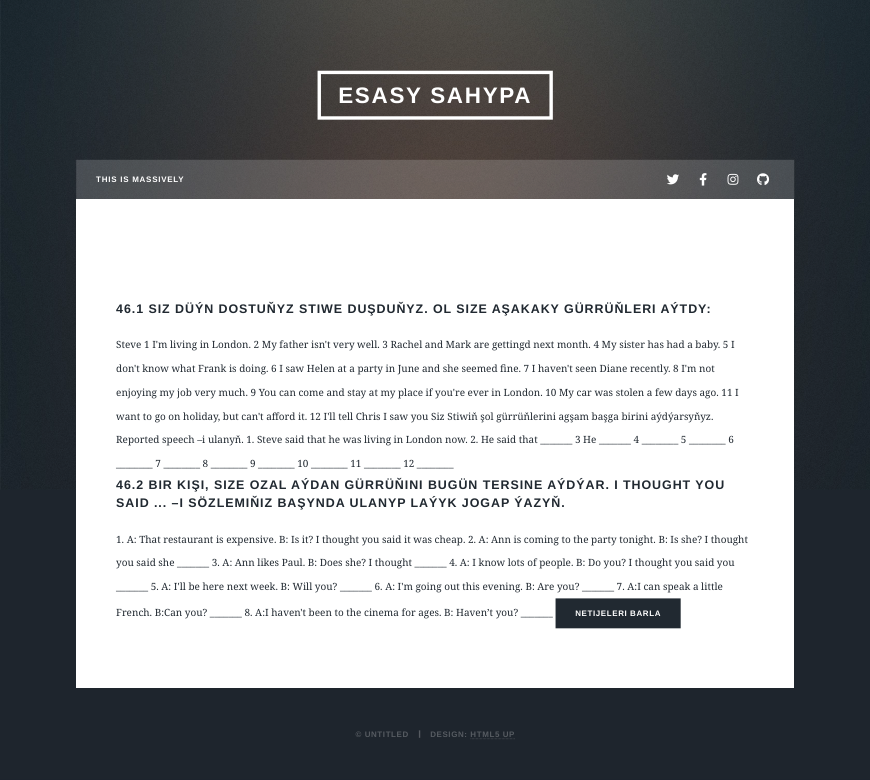
Repository: Sahet-dev/English-grammar-app
Page: test/test_unit _46.html
These files come from the project's save history. The page is drawn as it stood at one moment and after the next save; the edit follows.
The browser window is 1280 px wide. The pictures show the whole page, at 68% of full size.
Some web fonts or font styles are not loaded; a fallback is used.

Above is the page before, as saved 2022-06-24 17:37:32.

After the next save:
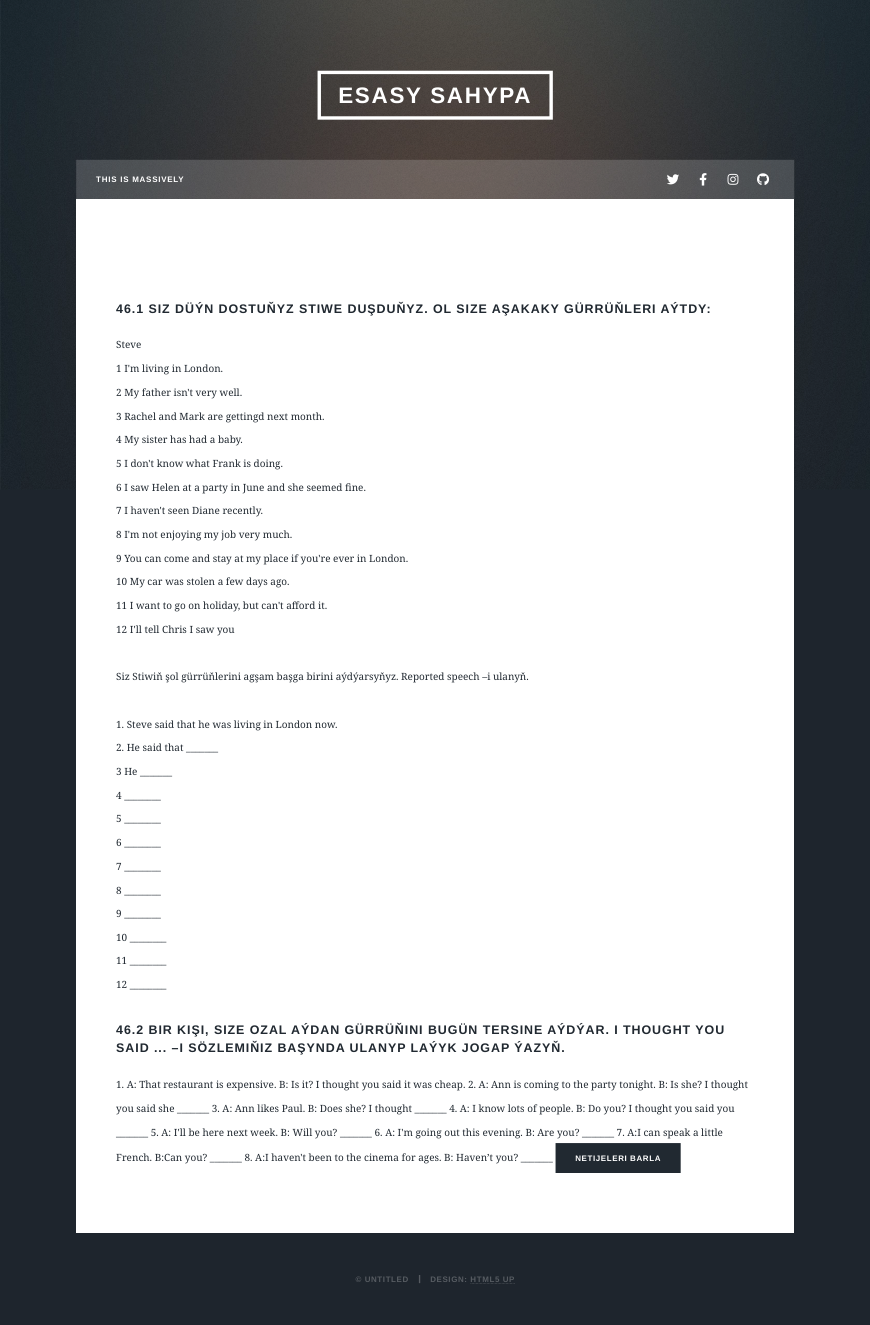
Saved 41 s later.
--- a/test/test_unit _46.html
+++ b/test/test_unit _46.html
@@ -58,39 +58,39 @@
 														Siz düýn dostuňyz Stiwe duşduňyz. Ol size aşakaky gürrüňleri aýtdy:</h3>
 
 
-														Steve
+														Steve<br>
 
-														1 I'm living in London.
-														2 My father isn't very well.
-														3 Rachel and Mark are gettingd next month.
+														1 I'm living in London.<br>
+														2 My father isn't very well.<br>
+														3 Rachel and Mark are gettingd next month.<br>
 
-														4 My sister has had a baby.
-														5 I don't know what Frank is doing.
-														6 I saw Helen at a party in June and she seemed fine.
-														7 I haven't seen Diane recently.
-														8 I'm not enjoying my job very much.
-														9 You can come and stay at my place if you're ever in London.
-														10 My car was stolen a few days ago.
-														11 I want to go on holiday, but can't afford it.
-														12 I'll tell Chris I saw you
+														4 My sister has had a baby.<br>
+														5 I don't know what Frank is doing.<br>
+														6 I saw Helen at a party in June and she seemed fine.<br>
+														7 I haven't seen Diane recently.<br>
+														8 I'm not enjoying my job very much.<br>
+														9 You can come and stay at my place if you're ever in London.<br>
+														10 My car was stolen a few days ago.<br>
+														11 I want to go on holiday, but can't afford it.<br>
+														12 I'll tell Chris I saw you<br><br>
 
 														Siz Stiwiň şol gürrüňlerini  agşam başga birini aýdýarsyňyz.
 														Reported speech –i ulanyň.
+														<br><br>
+														1. Steve said that he was living in London now.<br>
 
-														1. Steve said that he was living in London now.
+														2. He said that _______<br>
 
-														2. He said that _______
-
-														3  He _______
-														4    ________
-														5    ________
-														6    ________
-														7    ________
-														8    ________
-														9    ________
-														10    ________
-														11    ________
-														12     ________
+														3  He _______<br>
+														4    ________<br>
+														5    ________<br>
+														6    ________<br>
+														7    ________<br>
+														8    ________<br>
+														9    ________<br>
+														10    ________<br>
+														11    ________<br>
+														12     ________<br><br>
 
 													<h3>46.2
 
